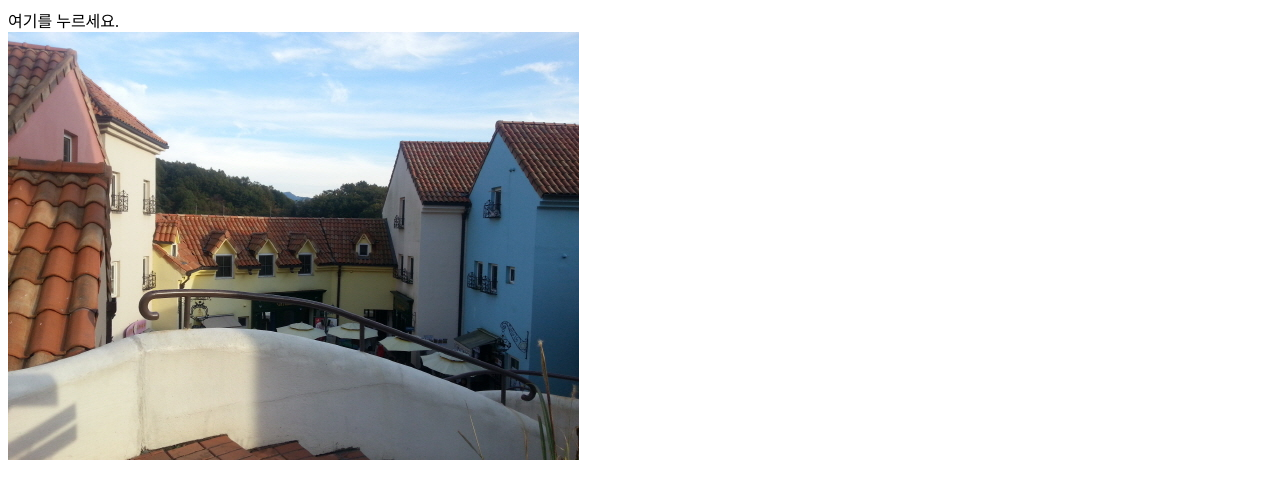
Repository: sonic247897/multicampus-web
Page: clientweb/WebContent/jquery/jquery_effect_test01.html
An editor plug-in stored every save of this project. The page is shown before and after the next save, followed by the edit.
The browser window is 1280 px wide. The pictures show the whole page.

Above is the page before, as saved 2020-01-10 06:32:08.

### clientweb/WebContent/jquery/jquery_effect_test01.html
<!DOCTYPE html>
<html>
<head>
	<meta charset="EUC-KR">
	<title>Insert title here</title>
	<script src="https://ajax.googleapis.com/ajax/libs/jquery/3.4.1/jquery.min.js"></script>
	<!-- jquery는 dom이나 ajax를 편하게 하기 위해서 만든것 -->
	<link rel="stylesheet" href="../common/css/my_style.css" />
</head>
<body>
	<div id = >여기를 누르세요.</div>
	<div id = >
		<img alt="" src ="../images/m_garden01.jpg"/>
	</div>
	<script type = "text/javascript">
		/* 레디 핸들러 = window.onload = function(){ }와 같음  */
		// 페이지가 로딩되고 dom객체가 형성이 되면 익명함수를 실행
		$(document).ready(function() {

		});
	</script>
</body>
</html>

### clientweb/WebContent/common/css/my_style.css
#clickMe {
	background: yellow;
	padding: 20px;
	text-align: center;
	width: 205px;
	display: block; /* 실행할때 처음부터 보여짐 */
	border: 2px solid #000;
}

#picframe {
	background: yellow;
	padding: 20px;
	width: 600px;
	display: none; /* 실행할 때 안보여짐 */
	border: 2px solid #000;
}

After the next save:
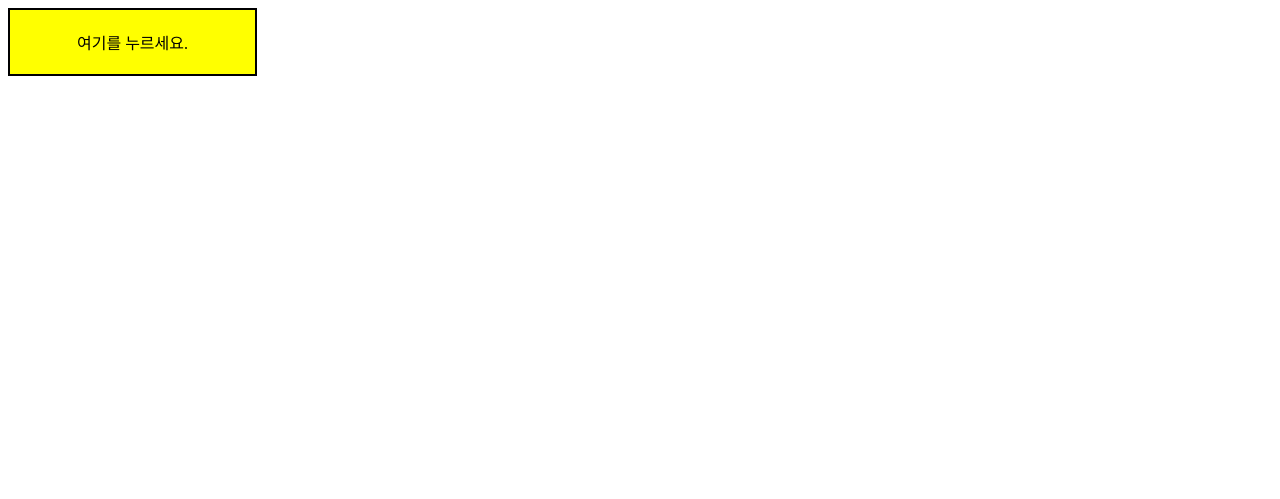
Saved 13 s later.
--- a/clientweb/WebContent/jquery/jquery_effect_test01.html
+++ b/clientweb/WebContent/jquery/jquery_effect_test01.html
@@ -8,8 +8,8 @@
 	<link rel="stylesheet" href="../common/css/my_style.css" />
 </head>
 <body>
-	<div id = >여기를 누르세요.</div>
-	<div id = >
+	<div id = "clickMe">여기를 누르세요.</div>
+	<div id = "picframe">
 		<img alt="" src ="../images/m_garden01.jpg"/>
 	</div>
 	<script type = "text/javascript">
